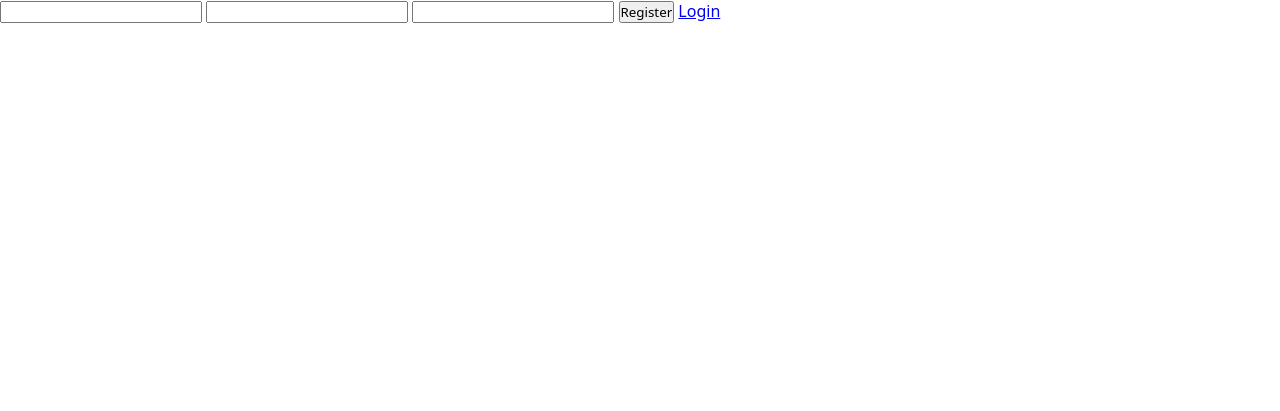
Repository: SanjaySokal/learn-java
Page: http://localhost/ServletProject/register.jsp
An editor plug-in stored every save of this project. The page is shown before and after the next save, followed by the edit.
The browser window is 1280 px wide. The pictures show the whole page.
The page is served by Tomcat 9. Other server files are loaded and not shown.

Above is the page before, as saved 2023-09-09 03:05:00.

### ServletProject/src/main/webapp/register.jsp
<%@ page language="java" contentType="text/html; charset=UTF-8"
    pageEncoding="UTF-8"%>
<!DOCTYPE html>
<html>
<head>
	<meta charset="UTF-8">
	<title>Home</title>
	<link rel="stylesheet" href="style.css">
</head>
<body>
	<div class="body-center">
		<form method="post" action="register">
			<input type="text" name="name" required>
			<input type="email" name="email" required>
			<input type="password" name="password" required>
			<button type="submit">Register</button>
			<a href="login.jsp">Login</a>
		</form>
	</div>
</body>
</html>

### ServletProject/src/main/webapp/style.css
@charset "UTF-8";
* {
	margin: 0;
	padding: 0;
	box-sizing: border-box;
	font-family: system-ui, -apple-system, BlinkMacSystemFont, 'Segoe UI', Roboto, Oxygen, Ubuntu, Cantarell, 'Open Sans', 'Helvetica Neue', sans-serif;
}

After the next save:
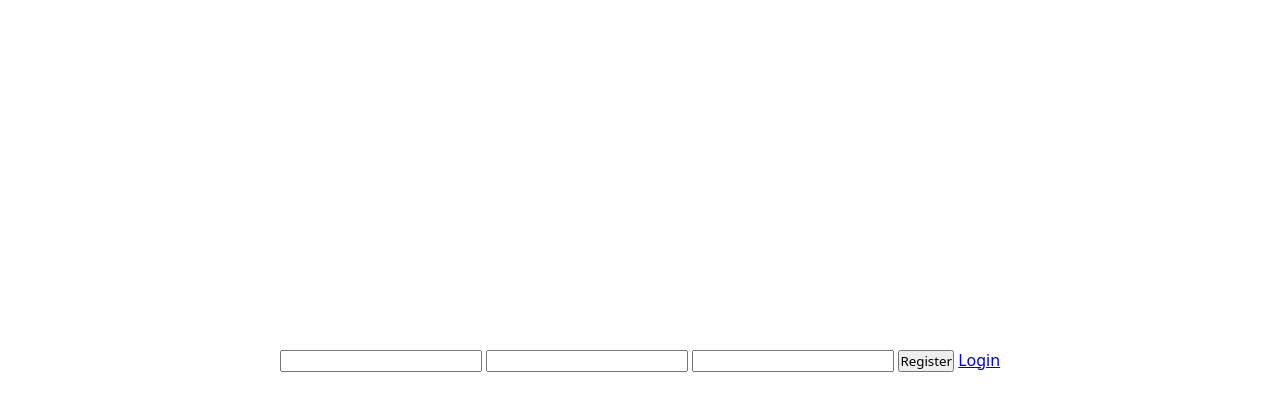
Saved 75 s later.
--- a/ServletProject/src/main/webapp/style.css
+++ b/ServletProject/src/main/webapp/style.css
@@ -5,3 +5,10 @@
 	box-sizing: border-box;
 	font-family: system-ui, -apple-system, BlinkMacSystemFont, 'Segoe UI', Roboto, Oxygen, Ubuntu, Cantarell, 'Open Sans', 'Helvetica Neue', sans-serif;
 }
+
+.body-center {
+	display: flex;
+	align-items: center;
+	justify-content: center;
+	height: 100vh;
+}
